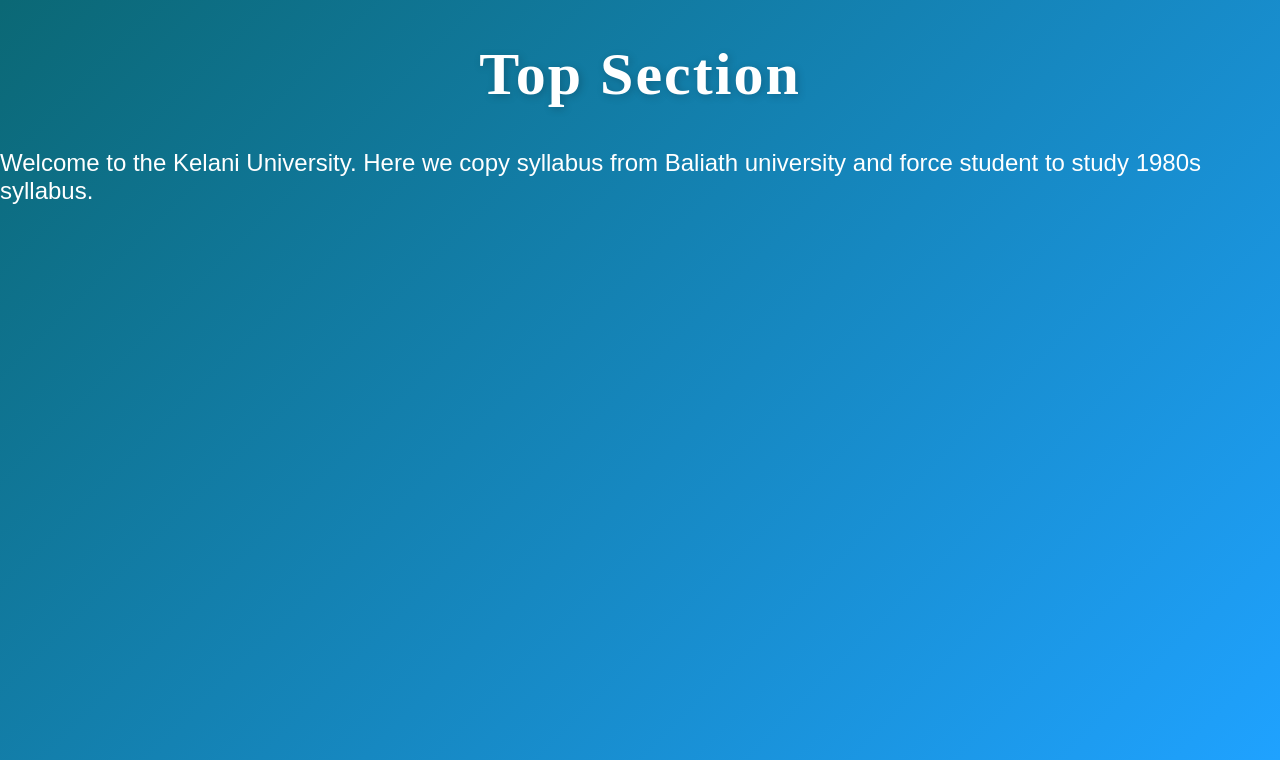
Repository: moinakhere/kelani_university
Page: main.html
An editor plug-in stored every save of this project. The page is shown before and after the next save, followed by the edit.
The browser window is 1280 px wide. The pictures show the whole page.
Some web fonts or font styles are not loaded; a fallback is used.

Above is the page before, as saved 2025-08-04 20:59:28.

### main.html
<html>
    <head>
        <meta charset="UTF-8">
        <meta name="viewport" content="width=device-width, initial-scale=1.0">
        <link rel="stylesheet" href="css/frame.css">
    </head>
    <body class="main-body">
        <h1 class="main-heading">Top Section</h1>
        <div class="main-content">Welcome to the Kelani University. Here we copy syllabus from Baliath university and force student to study 1980s syllabus.</div>
    </body>
</html>

### css/frame.css
@import url('https://fonts.googleapis.com/css2?family=Playwrite+PL:wght@100..400&display=swap');
@import url('https://fonts.googleapis.com/css2?family=Quintessential&display=swap');
@import url('https://fonts.googleapis.com/css2?family=Julius+Sans+One&display=swap');
@import url('https://fonts.googleapis.com/css2?family=Newsreader:ital,opsz,wght@0,6..72,200..800;1,6..72,200..800&display=swap');
/*
Left Sidebar CSS
*/
.left-body {
    background-color: #12b2dad8;
    font-family: "Playwrite PL", cursive;
    text-shadow: 2px 2px 4px rgba(0, 0, 0, 0.3);
    font-size: 18px;
    margin: 0;
    padding: 0;
}

.left-menu {
    list-style-type: none;
    padding: 20px 0 0 0;
    margin: 0;
}

.left-list-item {
    margin: 20px 0;
    text-align: left;
}

.left-hyperlink {
    display: block;
    padding: 12px 12px;
    width: 300px;
    margin-left: 10px;
    color: #fffbe6ef;
    background: #cc6a7e;
    border-radius: 8px;
    text-decoration: none;
    transition: background 0.2s, color 0.2s, box-shadow 0.2s, transform 0.2s;
    box-shadow: 0 2px 6px rgba(0, 0, 0, 0.07);
    font-weight: 600;
}

.left-hyperlink:hover{
    background: #5c292e;
    color: #f7c873;
    box-shadow: 0 4px 12px rgba(0, 0, 0, 0.12);
    transform: scale(0.95);
}

.left-hyperlink:focus {
    background: #5c292e;
    color: #f7c873;
    box-shadow: 0 4px 12px rgba(0, 0, 0, 0.12);
    transform: scale(1.05);
}
/*
Main center piece CSS
*/
.main-body {
    background: linear-gradient(135deg, #0B6875 0%, #1FA2FF 100%);
    color: #fff;
    font-family: "Julius Sans One", sans-serif;
    font-size: 1.5em;
    margin: 0;
    padding: 0;
    overflow: hidden;
    height: 100%;
}

.main-heading {
    text-align: center;
    font-family: "Quintessential", serif;
    margin-top: 40px;
    font-size: 2.5em;
    letter-spacing: 2px;
    text-shadow: 2px 2px 8px rgba(0, 0, 0, 0.2);
}
/*
Top Title CSS
*/
.top-body {
    background: linear-gradient(135deg, #1A4468 0%, #27496d 100%);
    margin: 0;
    font-family: 'Open Sans', Arial, sans-serif;
}

.ku-title {
    text-align: center;
    font-size: 6rem;
    font-family: 'Newsreader', serif;
    color: #ff3b3b;
    font-weight: 600;
    letter-spacing: 2px;
    margin-top: 60px;
    text-shadow: 2px 2px 8px rgba(0, 0, 0, 0.2);
}
/*
Notice CSS
*/
.notice-body {
    background: linear-gradient(135deg, #A11255 0%, #F67280 100%);
    margin: 0;
    padding: 0;
    overflow: hidden;
    height: 100%;
    width: 100%;
    display: flex;
    align-items: center;
    justify-content: center;
}

.notice-container {
    background: rgba(255, 255, 255, 0.15);
    border-radius: 20px;
    box-shadow: 0 8px 32px 0 rgba(31, 38, 135, 0.37);
    padding: 40px 60px;
    width: 100%;
    /* Fixed width for marquee */
    text-align: left;
    overflow: hidden;
    /* Hide overflow for marquee effect */
    position: relative;
}

.notice-text {
    font-size: 3rem;
    font-family: 'Segoe UI', 'Arial', sans-serif;
    font-weight: 700;
    color: #427d98;
    letter-spacing: 2px;
    text-shadow: 2px 2px 10px #ffffff, 0 1px 0 #427d98;
    white-space: nowrap;
    display: inline-block;
    position: absolute;
    left: 100%;
    top: 50%;
    /* Vertically center */
    transform: translateY(-50%);
    /* Adjust for perfect centering */
    animation: marquee 25s linear infinite;
}

@keyframes marquee {
    0% {
        left: 100%;
    }

    100% {
        left: -100%;
    }
}

After the next save:
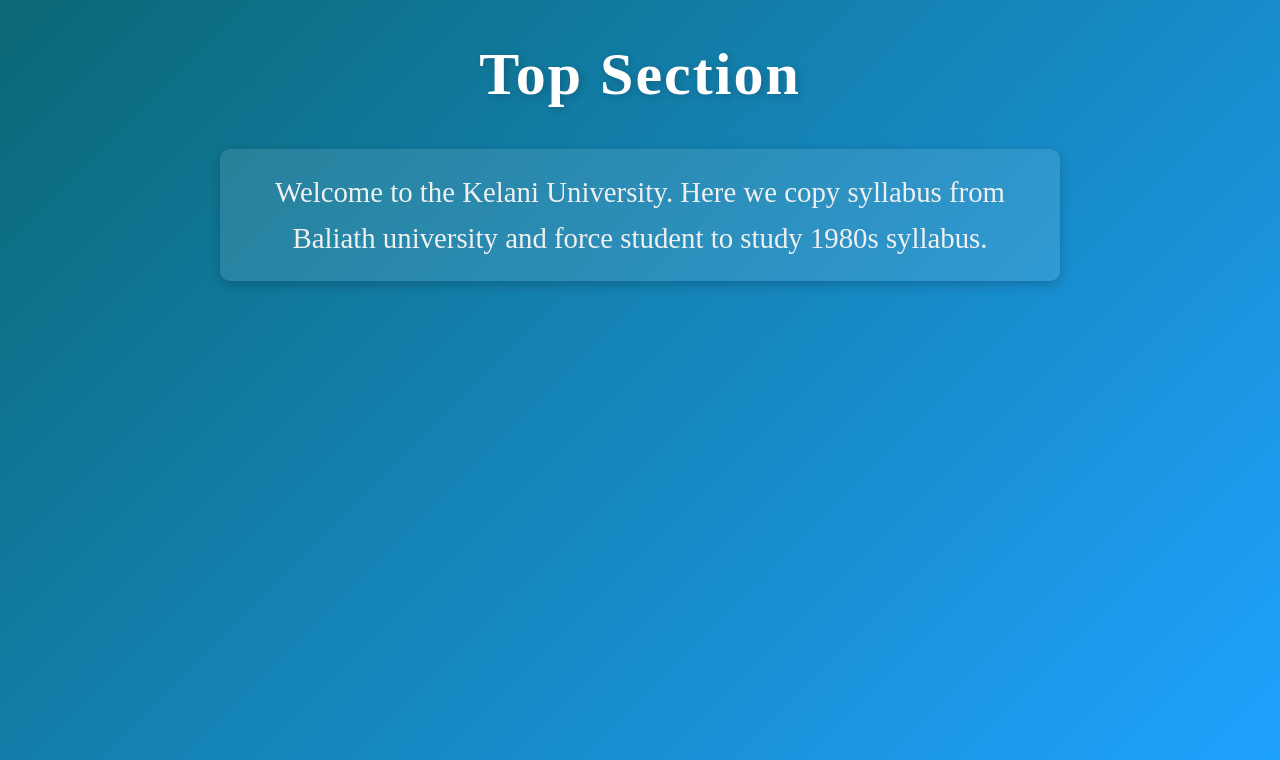
Saved 23 s later.
--- a/css/frame.css
+++ b/css/frame.css
@@ -74,6 +74,20 @@
     letter-spacing: 2px;
     text-shadow: 2px 2px 8px rgba(0, 0, 0, 0.2);
 }
+.main-content {
+    text-align: center;
+    font-family: "Playwrite PL", cursive;
+    font-size: 1.2em;
+    margin: 20px auto;
+    width: 80%;
+    max-width: 800px;
+    line-height: 1.6;
+    color: #f0f0f0;
+    background-color: rgba(255, 255, 255, 0.1);
+    padding: 20px;
+    border-radius: 10px;
+    box-shadow: 0 4px 12px rgba(0, 0, 0, 0.2);
+}
 /*
 Top Title CSS
 */
